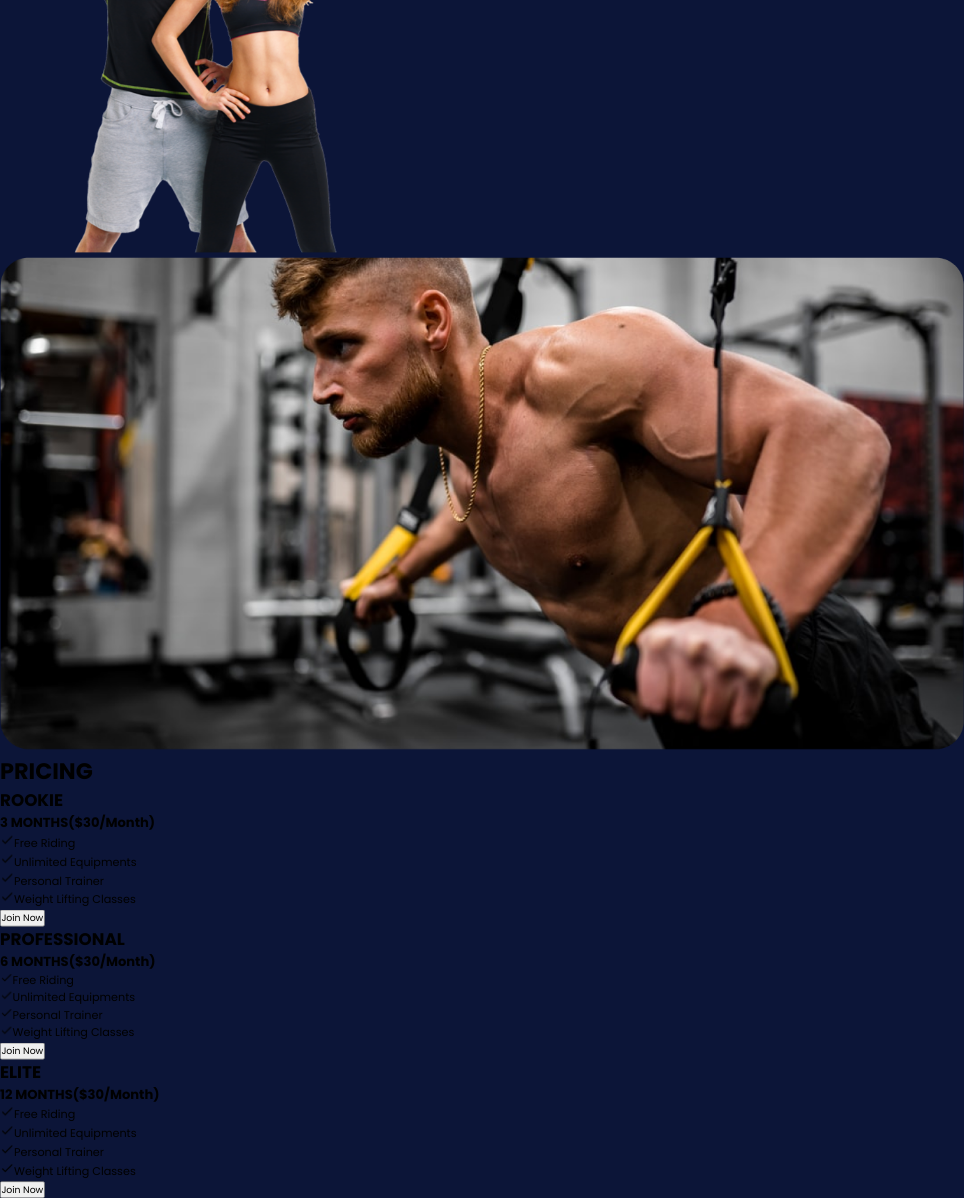
Repository: Rellzcodez/Group1-Team8
Page: index.html
These files come from the project's save history. The page is drawn as it stood at one moment and after the next save; the edit follows.
The browser window is 1280 px wide. The page is 1377 px wide, so the pictures cover 1377 px, including what lies to the right of the window. The pictures show the part of the page from y = 2141 to 3901 px (the page is 3853 px tall before and 3901 px after), at 70% of full size.

Above is the page before, as saved 2022-09-02 10:13:17.

After the next save:
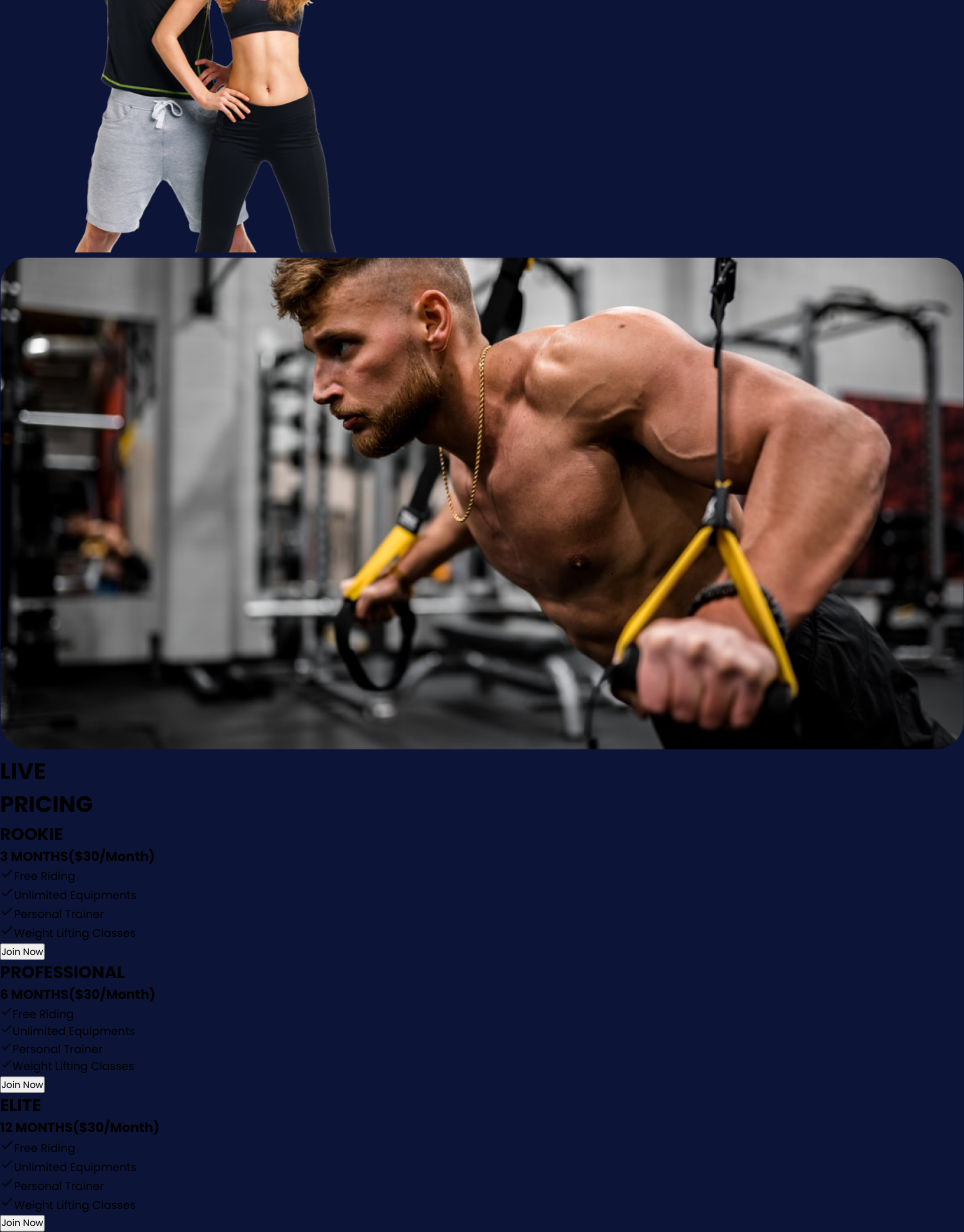
Saved 9 s later.
--- a/index.html
+++ b/index.html
@@ -119,7 +119,7 @@
         <!-- THE LIVE WORKOUT SESSION STARTS HERE -->
 <div class="live-workout">
     <img src="images/live-session-workout.png" alt="live workout">
-    <h1></h1>
+    <h1>LIVE </h1>
 
 </div>
         <!-- THE LIVE WORKOUT SESSION ENDS HERE -->
